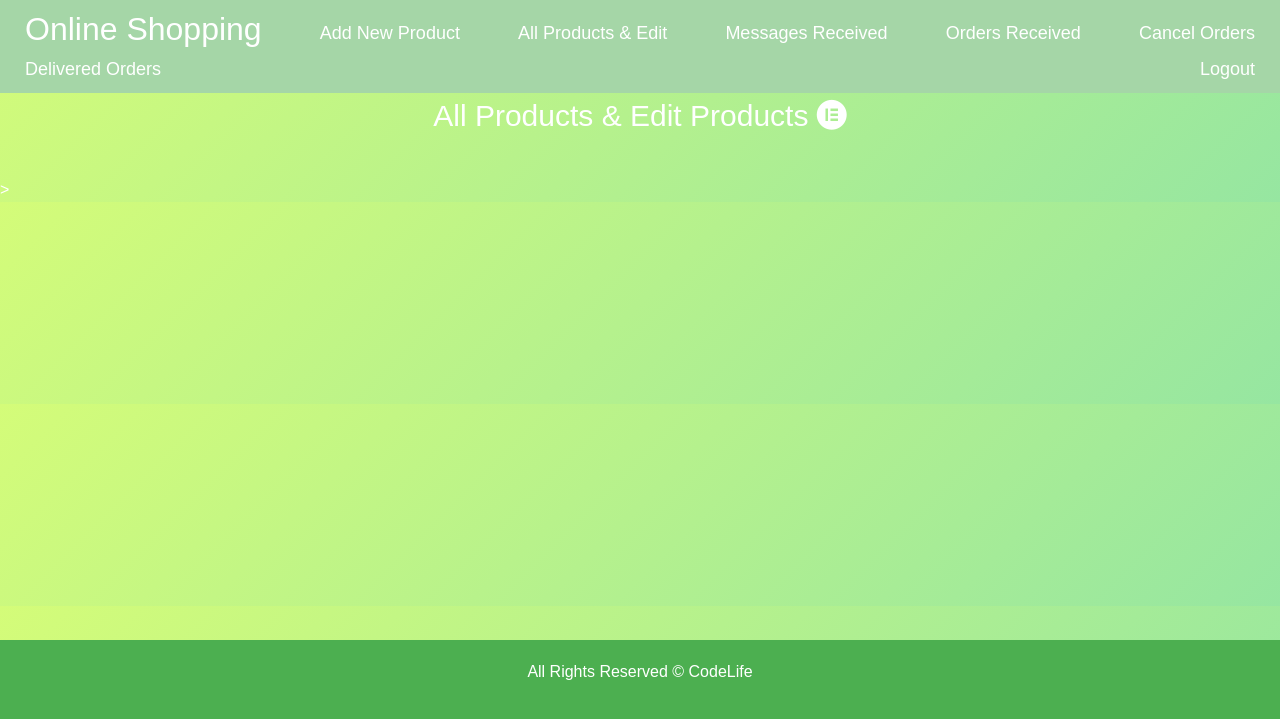
Repository: Dineshbabu290904/DigiMart
Page: http://localhost/DigiMart/admin/allProductEditProduct.jsp
The author's editor kept a copy of each file at every save. The page is drawn from the files as they stood at one save, then again after the next save.
The browser window is 1280 px wide. The pictures show the whole page.
Some web libraries are served in a nearby version. The page is served by Tomcat 9. Other server files are loaded and not shown. Queries for data that is not in the repository find no rows.

Above is the page before, as saved 2024-10-16 16:32:15.

### DigiMart/src/main/webapp/admin/allProductEditProduct.jsp
<%@ page import="com.digimart.project.ConnectionProvider" %>
<%@ page import="java.sql.*" %>
<%@ include file="adminHeader.jsp" %>
<%@ page import="java.util.Base64" %>

<!DOCTYPE html PUBLIC "-//W3C//DTD HTML 4.01 Transitional//EN" "http://www.w3.org/TR/html4/loose.dtd">
<html>
<head>
    <meta http-equiv="Content-Type" content="text/html; charset=ISO-8859-1">
    <title>All Products & Edit Products</title>
    <style>
        body {
            font-family: Arial, sans-serif;
            background-color: #333;
            color: white;
        }

        h3 {
            color: #FFD700; /* Gold color for headings */
            text-align: center;
        }

        .container {
            display: flex;
            flex-wrap: wrap;
            justify-content: center;
            gap: 20px;
            padding: 20px;
        }

        .card {
		    background: linear-gradient(135deg, #a8e6cf, #d0eaff, #ffccd5);
		    border-radius: 10px;
		    box-shadow: 0 4px 8px rgba(0, 0, 0, 0.2);
		    width: 350px;
		    padding: 20px;
		    text-align: center;
		    transition: transform 0.3s;
		}


        .card:hover {
            transform: scale(1.05);
        }

        .card img {
            width: 100%;
            height: auto;
            border-radius: 5px;
        }

        .card h4 {
            color: #FFD700; /* Gold color for product name */
        }

        .card p {
            color: #ccc; /* Light grey for text */
            margin: 10px 0;
        }

        .edit-btn {
            background-color: #28a745; /* Green background for buttons */
            color: white;
            padding: 10px 15px;
            border: none;
            border-radius: 5px;
            text-decoration: none;
            display: inline-block;
            transition: background-color 0.3s;
        }

        .edit-btn:hover {
            background-color: #218838; /* Darker green on hover */
        }

        .price {
            font-size: 20px;
            color: #FFD700; /* Gold color for price */
        }

        .msg {
            text-align: center;
            margin: 20px;
        }
		.card p {
		    color: #444; /* Dark gray for better readability */
		    margin: 10px 0;
		}
    </style>
</head>
<body>
<div style="color: white; text-align: center; font-size: 30px;">All Products & Edit Products <i class='fab fa-elementor'></i></div>

<% String msg = request.getParameter("msg"); %>
<% if (msg != null) { %>
    <h3 class="alert" style="color: <%=(msg.equals("done") ? "green" : "red")%>;">
        <% if (msg.equals("done")) { %>
            Product Updated Successfully!
        <% } else { %>
            Something went wrong! Try Again!
        <% } %>
    </h3>
<% } %>

<div class="container">
    <%
        try {
            Connection con = ConnectionProvider.getCon();
            Statement stmt = con.createStatement();
            ResultSet rs = stmt.executeQuery("SELECT * FROM PRODUCTS");
            while (rs.next()) {
    %>
    <div class="card">
        <img src="data:[embedded picture, 72 characters]"image")) %>" alt="Product Image">
        <h4><%= rs.getString("name") %></h4>
        <p><strong>Category:</strong> <%= rs.getString("category") %></p>
        <p><strong>Description:</strong> <%= rs.getString("description") %></p>
        <p><strong>Available Quantity:</strong> <%= rs.getBigDecimal("available_qty") %> <%= rs.getString("unit") %></p>
        <p class="price"><i class="fa fa-inr"></i> <%= rs.getBigDecimal("price_per_unit") %></p>
        <p><strong>Status:</strong> <%= rs.getString("status") %></p>
        <p><strong>Date Listed:</strong> <%= rs.getTimestamp("date_listed") %></p>
        <a href="editProduct.jsp?product_id=<%= rs.getInt("product_id") %>" class="edit-btn">Edit <i class='fas fa-pen-fancy'></i></a>
        <br>
        <a href="changePhoto.jsp?product_id=<%= rs.getInt("product_id") %>" class="edit-btn">Change Photo</a>
    </div>
    <%
            }
        } catch (Exception e) {
            e.printStackTrace();
        }
    %>
</div>

<%@ include file="../footer.jsp" %>
</body>
</html>

### DigiMart/src/main/webapp/admin/adminHeader.jsp
<%@page errorPage="../error.jsp" %>
<!DOCTYPE html>
<html lang="en">
<head>
    <meta charset="UTF-8">
    <meta name="viewport" content="width=device-width, initial-scale=1.0">
    <link rel="stylesheet" href="../css/home-style.css">
    <link rel="stylesheet" href="https://cdnjs.cloudflare.com/ajax/libs/font-awesome/4.7.0/css/font-awesome.min.css">
    <link rel="stylesheet" href="https://stackpath.bootstrapcdn.com/bootstrap/4.5.2/css/bootstrap.min.css">
    <script src='https://kit.fontawesome.com/a076d05399.js'></script>
    <style>
        body {
            background: linear-gradient(135deg, #d4fc79 0%, #96e6a1 100%); /* Light green gradient */
        }
        .navbar {
            background-color: #a5d6a7;  /* Green background for navbar */
            padding: 10px; /* Padding around navbar */
        }
        .navbar a {
            color: white; /* White text for links */
            margin: 0 15px; /* Spacing between links */
            text-decoration: none; /* Remove underline */
            font-size: 18px; /* Larger font size */
        }
        .navbar a:hover {
            text-decoration: underline; /* Underline on hover */
        }
        h1 {
            color: #2c6fbb; /* Cool blue for headings */
            text-shadow: 2px 2px 4px rgba(0, 0, 0, 0.5); /* Subtle shadow for depth */
        }
    </style>
</head>
<body>
    <nav class="navbar">
        <a href="adminHome.jsp"><h2>Online Shopping</h2></a>
        <a href="addNewProduct.jsp">Add New Product</a>
        <a href="allProductEditProduct.jsp">All Products & Edit</a>
        <a href="messagesReceived.jsp">Messages Received</a>
        <a href="ordersReceived.jsp">Orders Received</a>
        <a href="cancelOrders.jsp">Cancel Orders</a>
        <a href="deliveredOrders.jsp">Delivered Orders</a>
        <a href="../logout.jsp">Logout</a>
    </nav>
</body>
</html>

### DigiMart/src/main/webapp/footer.jsp
<head>
	<style>
	.footer {
            background-color: #4caf50; /* Same green as navbar */
            color: white; /* White text */
            text-align: center; /* Center text */
            padding: 20px; /* Padding around footer */
            margin-top: auto; /* Push footer to the bottom */
            width: 100%; /* Full width */
        }
    </style>
</head>>
<body>
<div class="footer">
    <p>All Rights Reserved &copy; CodeLife</p>
</div>
</body>

### DigiMart/src/main/java/com/digimart/project/ConnectionProvider.java
package com.digimart.project;

import java.sql.*;

public class ConnectionProvider {
	public static Connection getCon() {
		try {
			Class.forName("com.mysql.cj.jdbc.Driver");
			Connection con = DriverManager.getConnection("jdbc:mysql://localhost:3306/DB","root","Dinesh@2004");
			return con;
		} catch(Exception e) {
			System.out.print(e);
			return null;
		}
	}
}

### DigiMart/src/main/webapp/css/home-style.css
    body {
  font-family: "Open Sans", sans-serif;
  line-height: 1.25;
  background-color: green;
}
a
{
	text-decoration: none;
}
.sticky {
  position: -webkit-sticky;
  position: sticky;
  top: 0;
}

table {
  border: 1px solid #ccc;
  border-collapse: collapse;
  margin: 0;
  padding: 0;
  width: 100%;
  /*margin-left: 5%;*/
  table-layout: fixed;
}

table caption {
  font-size: 1.5em;
  margin: .5em 0 .75em;
}

table tr {
  background-color: #f8f8f8;
  border: 1px solid #ddd;
  padding: .35em;
}

table th,
table td {
  padding: .625em;
  text-align: center;
}

table th {
  font-size: .85em;
  letter-spacing: .1em;
  text-transform: uppercase;
}

@media screen and (max-width: 600px) {
  table {
    border: 0;
  }

  table caption {
    font-size: 1.3em;
  }

  table thead {
    border: none;
    clip: rect(0 0 0 0);
    height: 1px;
    margin: -1px;
    overflow: hidden;
    padding: 0;
    position: absolute;
    width: 1px;
  }

  table tr {
    border-bottom: 3px solid #ddd;
    display: block;
    margin-bottom: .625em;
  }

  table td {
    border-bottom: 1px solid #ddd;
    display: block;
    font-size: .8em;
    text-align: right;
  }

  table td::before {
    /*
    * aria-label has no advantage, it won't be read inside a table
    content: attr(aria-label);
    */
    content: attr(data-label);
    float: left;
    font-weight: bold;
    text-transform: uppercase;
  }

  table td:last-child {
    border-bottom: 0;
  }
}

/*Header Css*/
* {box-sizing: border-box;}

    body {
      margin: 0;
      font-family: Arial, Helvetica, sans-serif;
    }

    .topnav {
      overflow: hidden;
      background-color: #e9e9e9;
    }

    .topnav a {
      float: left;
      display: block;
      color: black;
      text-align: center;
      padding: 14px 16px;
      text-decoration: none;
      font-size: 17px;
    }

    .topnav a:hover {
      background-color: #ddd;
      color: black;
    }

    .topnav a.active {
      background-color: green;
      color: white;
    }

    .topnav .search-container {
      float: right;
    }

    .topnav input[type=text] {
      padding: 6px;
      margin-top: 8px;
      font-size: 17px;
      border: none;
    }

    .topnav .search-container button {
      float: right;
      padding: 6px 10px;
      margin-top: 8px;
      margin-right: 16px;
      background: #ddd;
      font-size: 17px;
      border: none;
      cursor: pointer;
    }

    .topnav .search-container button:hover {
      background: #ccc;
    }

    @media screen and (max-width: 600px) {
      .topnav .search-container {
        float: none;
      }
      .topnav a, .topnav input[type=text], .topnav .search-container button {
        float: none;
        display: block;
        text-align: left;
        width: 100%;
        margin: 0;
        padding: 14px;
      }
      .topnav input[type=text] {
        border: 1px solid #ccc;
      }

    }
/*footer*/
.footer {
   position: fixed;
   left: 0;
   bottom: 0;
   width: 100%;
   background-color:#ccc;
   color:black;
   text-align: center;
}

.h2222 {
  width: 100%;
  padding: 12px 20px;
  margin: 8px 0;
  box-sizing: border-box;
  border: none;
  background-color: #3CBC8D;
  color: white;
}

After the next save:
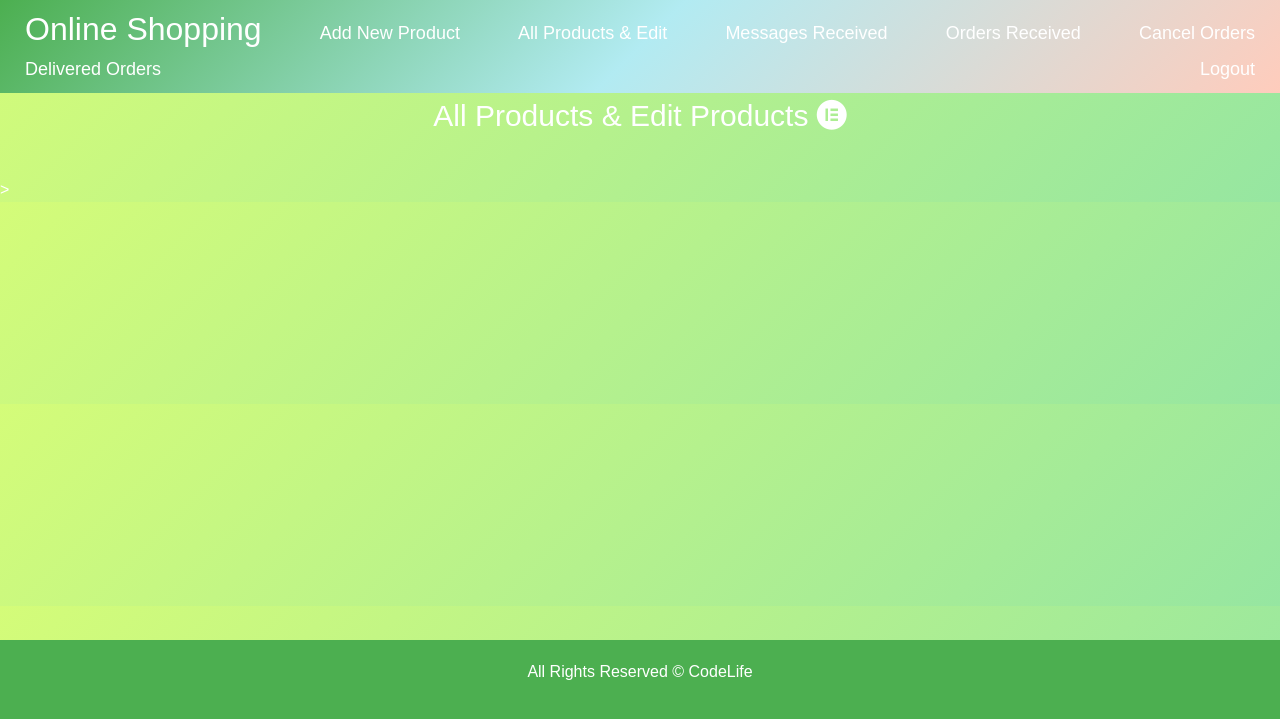
Saved 41 s later.
--- a/DigiMart/src/main/webapp/admin/adminHeader.jsp
+++ b/DigiMart/src/main/webapp/admin/adminHeader.jsp
@@ -13,7 +13,7 @@
             background: linear-gradient(135deg, #d4fc79 0%, #96e6a1 100%); /* Light green gradient */
         }
         .navbar {
-            background-color: #a5d6a7;  /* Green background for navbar */
+            background: linear-gradient(135deg, #4caf50, #b2ebf2, #ffccbc); /* Green to Light Blue to Light Pink */
             padding: 10px; /* Padding around navbar */
         }
         .navbar a {
